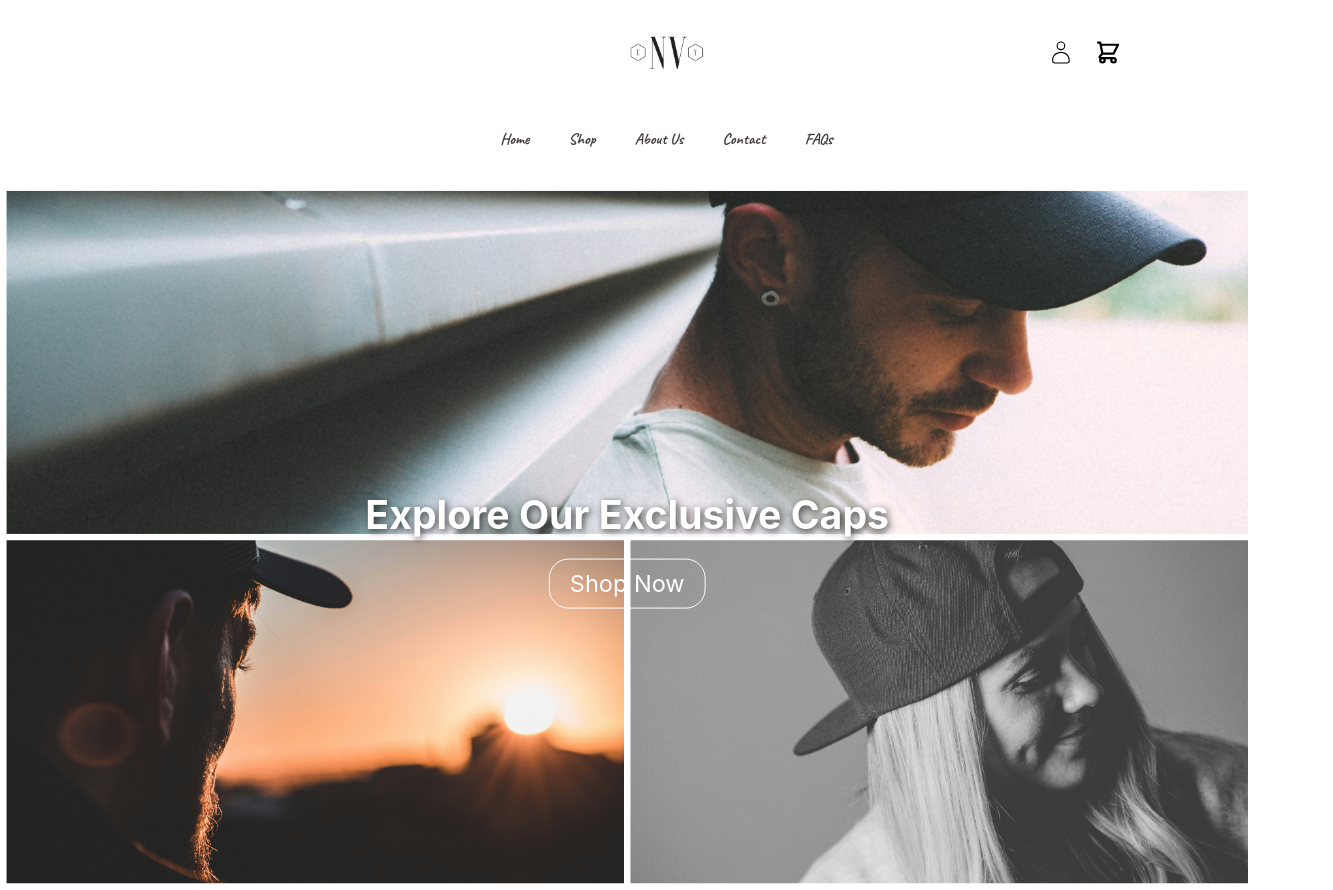
Repository: lasity34/new-envy
Page: / (app in my-new-envy/)
These files come from the project's save history. The page is drawn as it stood at one moment and after the next save; the edit follows.
The browser window is 1280 px wide. The page is 1360 px wide, so the pictures cover 1360 px, including what lies to the right of the window. The pictures show the whole page, at 98% of full size.
The project was rebuilt for these pictures with package versions that can differ from the ones it lists, and the page was loaded fresh each time.

Above is the page before, as saved 2024-04-22 11:14:32.

### my-new-envy/public/index.html
<!DOCTYPE html>
<html lang="en">
  <head>
    <meta charset="utf-8" />
    <link rel="icon" href="%PUBLIC_URL%/logo.png" />
    <meta name="viewport" content="width=device-width, initial-scale=1" />
    <meta name="theme-color" content="#000000" />
    <meta
      name="description"
      content="Web site created using create-react-app"
    />
    <link rel="apple-touch-icon" href="%PUBLIC_URL%/logo.png" />
    <!--
      manifest.json provides metadata used when your web app is installed on a
      user's mobile device or desktop. See https://developers.google.com/web/fundamentals/web-app-manifest/
    -->
    <link rel="manifest" href="%PUBLIC_URL%/manifest.json" />
    <!--
      Notice the use of %PUBLIC_URL% in the tags above.
      It will be replaced with the URL of the `public` folder during the build.
      Only files inside the `public` folder can be referenced from the HTML.

      Unlike "/favicon.ico" or "favicon.ico", "%PUBLIC_URL%/favicon.ico" will
      work correctly both with client-side routing and a non-root public URL.
      Learn how to configure a non-root public URL by running `npm run build`.
    -->
    <link rel="preconnect" href="https://fonts.googleapis.com">
<link rel="preconnect" href="https://fonts.gstatic.com" crossorigin>
<link href="https://fonts.googleapis.com/css2?family=Crimson+Text:ital,wght@0,400;0,600;0,700;1,400;1,600;1,700&display=swap" rel="stylesheet">
<link href="https://fonts.googleapis.com/css2?family=Caveat:wght@400..700&display=swap" rel="stylesheet">
    <title>Envy</title>
  </head>
  <body>
    <noscript>You need to enable JavaScript to run this app.</noscript>
    <div id="root"></div>
    <!--
      This HTML file is a template.
      If you open it directly in the browser, you will see an empty page.

      You can add webfonts, meta tags, or analytics to this file.
      The build step will place the bundled scripts into the <body> tag.

      To begin the development, run `npm start` or `yarn start`.
      To create a production bundle, use `npm run build` or `yarn build`.
    -->
  </body>
</html>

### my-new-envy/src/App.tsx

import { BrowserRouter as Router } from 'react-router-dom';
import Header from './components/Header';
import HeroBanner from './components/HeroBanner';

function App() {
  return (
    <Router>
      <div className="App">

          <Header />
          <HeroBanner />
      </div>
    </Router>
  );
}

export default App;

### my-new-envy/src/components/Header.tsx
import styled from "styled-components";
import { Link } from "react-router-dom";
import { CiUser } from "react-icons/ci";
import { HiOutlineShoppingCart } from "react-icons/hi";

const HeaderContainer = styled.header`
  font-family: "Caveat", cursive;
  color: black;
  padding: 20px 40px;
  display: flex;
  justify-content: space-between;
  flex-direction: column;
  align-items: center;
  width: 100%;
`;

const BannerContainer = styled.div`
  display: flex;
  justify-content: space-between;
  align-items: center;
  width: 100%;
`;

const SearchContainer = styled.div`
  flex: 1;
`;

const LogoContainer = styled.div`
  flex: 1;
  display: flex;
  justify-content: center;
  align-items: center;
`;

const AccountCartContainer = styled.div`
  flex: 1;
  display: flex;
  justify-content: center;
  align-items: center;
`;

const IconNavLinks = styled.ul`
  display: flex;
  justify-content: space-around; // This will ensure icons are evenly spaced
  align-items: center;
  list-style: none;
  padding: 0; // Removes padding
`;

const IconNavLink = styled.li`
  margin: 0 10px; // Spacing between icons
  a {
    color: black;
    text-decoration: none;
    font-size: 1.7rem;
    display: inline-block;

    &:hover {
      color: #f1c40f; // Color change on hover
    }
  }
`;

const Nav = styled.nav`
  width: 100%;
  display: flex;
  justify-content: center;
  align-items: center;
  margin-top: 20px; // Added margin for spacing between banner and nav
`;

const NavLinks = styled.ul`
  list-style: none;
  display: flex;
  justify-content: center;
  align-items: center;
  padding: 0;
`;

const NavLink = styled.li`
  margin: 0 20px;
  a {
    color: #433f3e;
    text-decoration: none;
    font-weight: bold;
    position: relative;

    &::after {
      content: '';
      position: absolute;
      bottom: -5px;
      left: 50%;
      width: 0;
      height: 2px;
      background-color: black;
      transition: width 0.5s ease, left 0.5s ease;
      transform: translateX(-50%);
    }

    &:hover::after {
      width: 100%;
      transform: translateX(-50%);
    }
  }
`;

const CapImage = styled.img`
  width: 100px;
`;

const Header = () => {
  return (
    <HeaderContainer>
      <BannerContainer>
        <SearchContainer></SearchContainer>
        <LogoContainer>
          <Link to="/">
            <CapImage src="images/logo.png" alt="Queue Caps Logo" />
          </Link>
        </LogoContainer>
        <AccountCartContainer>
          <IconNavLinks>
            <IconNavLink>
              <Link to="/account">
                <CiUser />
              </Link>
            </IconNavLink>
            <IconNavLink>
              <Link to="/cart">
                <HiOutlineShoppingCart />
              </Link>
            </IconNavLink>
          </IconNavLinks>
        </AccountCartContainer>
      </BannerContainer>
      <Nav>
        <NavLinks>
          <NavLink><Link to="/">Home</Link></NavLink>
          <NavLink><Link to="/shop">Shop</Link></NavLink>
          <NavLink><Link to="/about">About Us</Link></NavLink>
          <NavLink><Link to="/contact">Contact</Link></NavLink>
          <NavLink><Link to="/faq">FAQs</Link></NavLink>
        </NavLinks>
      </Nav>
    </HeaderContainer>
  );
};

export default Header;

### my-new-envy/src/components/HeroBanner.tsx
import styled from 'styled-components';
import { Link } from 'react-router-dom';

const BannerContainer = styled.div`
  width: 100vw; // Ensures it takes the full viewport width
  height: 100vh; // Sets the height to full viewport height
  background-image: url('images/hero-background.png'); // Background image for the banner
  background-size: cover; // Ensures the background covers the entire area
  background-repeat: no-repeat; // No repetition of the background image
  background-position: center center; // Centers the background image
  display: flex;
  justify-content: center;
  align-items: center;
  flex-direction: column;
  text-align: center;
  color: white;
  position: relative; // Ensures proper positioning
`;

const Tagline = styled.h1`
  font-size: 2.5rem; // Large font size for main tagline
  margin-bottom: 20px; // Margin below the tagline
  text-shadow: 2px 2px 8px rgba(0,0,0,0.7); // Text shadow for better legibility
`;

const ShopButton = styled(Link)`
  padding: 10px 20px; // Padding for button size
  color: white; // Text color
  font-size: 1.5rem; // Font size for the text on the button
  font-weight: normal; // Normal font weight for thinner text appearance
  background-color: transparent; // Transparent background
  border: 1px solid white; // Thin white border
  border-radius: 20px; // Rounded corners for the button
  text-decoration: none; // No text decoration
  transition: background-color 0.3s, color 0.3s; // Smooth transition for hover effects

  &:hover {
    background-color: white;
    color: black; // Text color changes on hover
  }
`;

const HeroBanner = () => {
  return (
    <BannerContainer>
      <Tagline>Explore Our Exclusive Caps</Tagline>
      <ShopButton to="/shop">Shop Now</ShopButton>
    </BannerContainer>
  );
};

export default HeroBanner;

Loaded but not shown: my-new-envy/src/index.tsx (common file); my-new-envy/src/index.css (common file); my-new-envy/src/reportWebVitals.ts (common file)

After the next save:
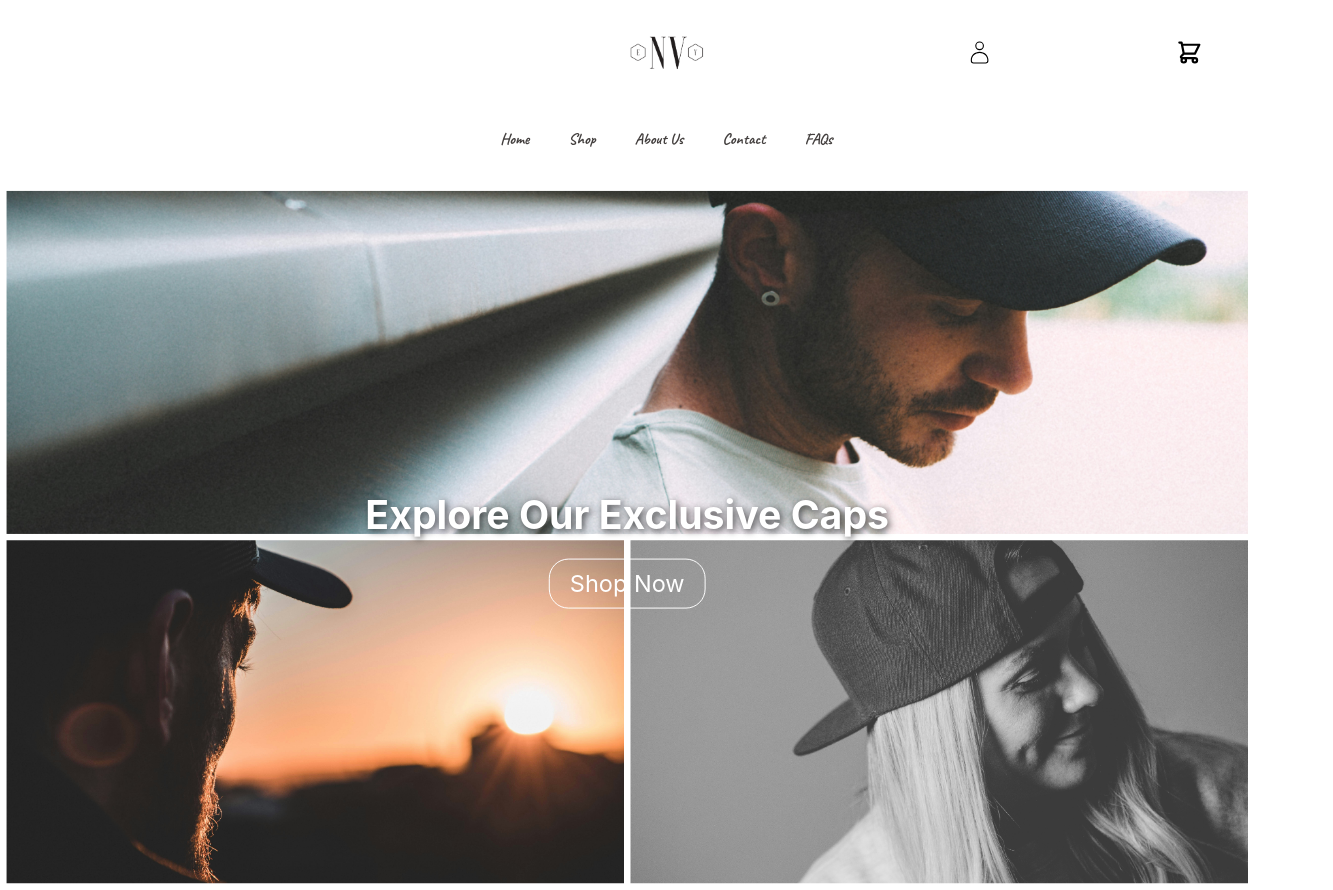
Saved 4 min 28 s later.
--- a/my-new-envy/src/components/Header.tsx
+++ b/my-new-envy/src/components/Header.tsx
@@ -10,8 +10,9 @@ const HeaderContainer = styled.header`
   display: flex;
   justify-content: space-between;
   flex-direction: column;
-  align-items: center;
+  align-items: center; // Ensure everything in the header is centered
   width: 100%;
+  text-align: center; // Centers the text elements within flex items
 `;
 
 const BannerContainer = styled.div`
@@ -23,19 +24,21 @@ const BannerContainer = styled.div`
 
 const SearchContainer = styled.div`
   flex: 1;
+  display: flex; // Makes sure the search container can align its children
+  justify-content: center; // Centering the search bar or content inside the container
 `;
 
 const LogoContainer = styled.div`
   flex: 1;
   display: flex;
-  justify-content: center;
+  justify-content: center; // Ensure logo is centered
   align-items: center;
 `;
 
 const AccountCartContainer = styled.div`
   flex: 1;
   display: flex;
-  justify-content: center;
+  justify-content: center; // Ensure icons are centered
   align-items: center;
 `;
 
@@ -45,6 +48,7 @@ const IconNavLinks = styled.ul`
   align-items: center;
   list-style: none;
   padding: 0; // Removes padding
+  width: 100%; // Ensure it uses the full width available in the container
 `;
 
 const IconNavLink = styled.li`
@@ -64,7 +68,7 @@ const IconNavLink = styled.li`
 const Nav = styled.nav`
   width: 100%;
   display: flex;
-  justify-content: center;
+  justify-content: center; // Center navigation links horizontally
   align-items: center;
   margin-top: 20px; // Added margin for spacing between banner and nav
 `;
@@ -72,9 +76,10 @@ const Nav = styled.nav`
 const NavLinks = styled.ul`
   list-style: none;
   display: flex;
-  justify-content: center;
+  justify-content: center; // Ensures links are centered within the navigation
   align-items: center;
   padding: 0;
+  width: 100%; // Full width to center all items properly
 `;
 
 const NavLink = styled.li`
@@ -105,7 +110,7 @@ const NavLink = styled.li`
 `;
 
 const CapImage = styled.img`
-  width: 100px;
+  width: 100px; // Adjust as needed
 `;
 
 const Header = () => {
